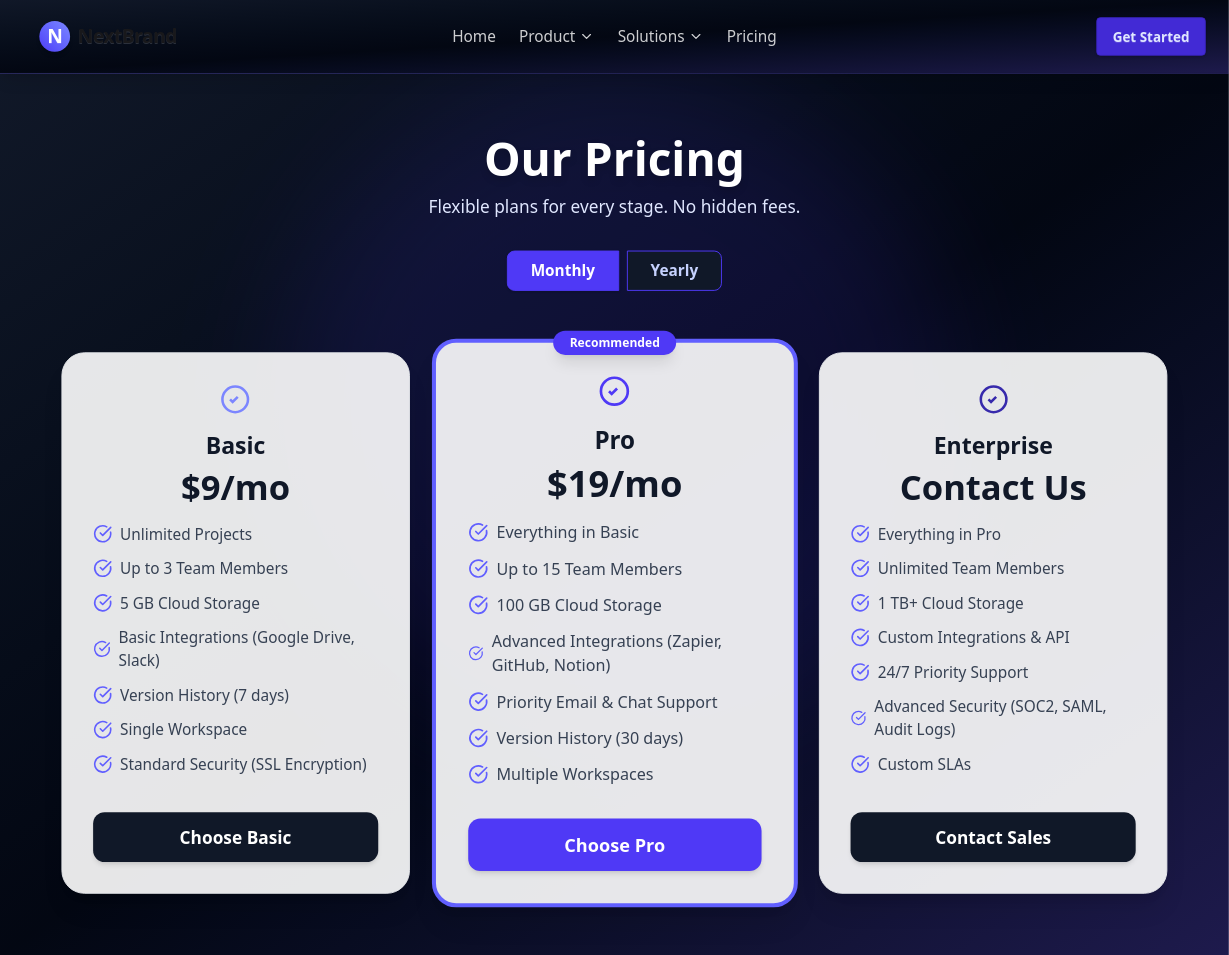
Repository: Chiranshukapil/Next_Brand
Page: /pricing
An editor plug-in stored every save of this project. The page is shown before and after the next save, followed by the edit.
The browser window is 1280 px wide. The pictures show the whole page, at 96% of full size.
The project was rebuilt for these pictures with package versions that can differ from the ones it lists, and the page was loaded fresh each time. Also part of the build but not shown: vite.config.js.

Above is the page before, as saved 2025-06-18 12:42:35.

### index.html
<!doctype html>
<html lang="en">
  <head>
    <meta charset="UTF-8" />
    <link rel="stylesheet" href="src/index.css">
    <meta name="viewport" content="width=device-width, initial-scale=1.0" />
    <title>NavBar</title>
  </head>
  <body classname="scroll-smooth">
    <div id="root"></div>
    <script type="module" src="/src/main.jsx"></script>
  </body>
</html>

### src/App.jsx
import { useState } from 'react'
import { BrowserRouter as Router, Routes, Route } from 'react-router-dom'
import Navbar from './Components/NavBar.jsx'
import PricingSection from './Components/PricingSection.jsx'

function App() {
  return (
    <Router>
      <Navbar />
      <Routes>

        <Route path="/pricing" element={<PricingSection />} />

      </Routes>
    </Router>
  )
}

export default App

### src/Components/NavBar.jsx
import React, { useState } from "react";
import { Link } from "react-router-dom";
import { Menu, X, ChevronDown } from "lucide-react";

// Use route paths in navLinks
const navLinks = [
  { name: "Home", href: "/" },
  {
    name: "Product",
    href: "/product",
    dropdown: [
      { name: "Overview", href: "/product/overview" },
      { name: "Features", href: "/product/features" },
    ],
  },
  {
    name: "Solutions",
    href: "/solutions",
    dropdown: [
      { name: "For Teams", href: "/solutions/teams" },
      { name: "For Individuals", href: "/solutions/individuals" },
    ],
  },
  { name: "Pricing", href: "/pricing" },
];

export default function Navbar() {
  const [menuOpen, setMenuOpen] = useState(false);
  const [dropdownOpen, setDropdownOpen] = useState(null);

  return (
    <nav className="sticky top-0 z-50 bg-gradient-to-br from-gray-900 via-gray-950 to-indigo-950 backdrop-blur-md bg-opacity-80 border-b border-indigo-800/30 shadow-lg flex justify-between items-center md:px-6 py-3">

      <div className="navbar-start">
        <Link
          to="/"
          className="btn btn-ghost text-xl font-bold tracking-tight flex items-center gap-2 hover:text-indigo-500 transition-colors"
        >
          <span className="w-8 h-8 bg-gradient-to-tr from-indigo-600 to-indigo-400 rounded-full text-white flex items-center justify-center font-bold shadow-md">
            N
          </span>
          <span>NextBrand</span>
        </Link>
      </div>

      {/* Desktop Menu */}
      <div className="navbar-center hidden md:flex">
        <ul className="menu menu-horizontal px-1">
          {navLinks.map((link, index) => (
            <li
              key={link.name}
              onMouseEnter={() => setDropdownOpen(index)}
              onMouseLeave={() => setDropdownOpen(null)}
              className="relative"
            >
              {link.dropdown ? (
                <>
                  <Link
                    to={link.href}
                    className="text-base font-medium flex items-center gap-1 cursor-pointer text-white/80 hover:text-indigo-500 transition-colors"
                    aria-haspopup="true"
                    aria-expanded={dropdownOpen === index}
                    onClick={() => setDropdownOpen(null)}
                  >
                    {link.name}
                    <ChevronDown className="h-4 w-4" />
                  </Link>
                  {dropdownOpen === index && (
                    <ul className="absolute top-full left-0 mt-1 bg-gray-200 shadow-lg rounded-box p-2 w-48 z-50 animate-fade-in">
                      {link.dropdown.map((item) => (
                        <li key={item.name}>
                          <Link
                            to={item.href}
                            className="block px-3 py-1 rounded hover:bg-indigo-50 text-gray-800 transition"
                            onClick={() => setDropdownOpen(null)}
                          >
                            {item.name}
                          </Link>
                        </li>
                      ))}
                    </ul>
                  )}
                </>
              ) : (
                <Link
                  to={link.href}
                  className="text-base font-medium text-white/80 hover:text-indigo-500 transition"
                  onClick={() => setDropdownOpen(null)}
                >
                  {link.name}
                </Link>
              )}
            </li>
          ))}
        </ul>
      </div>

      <div className="navbar-end flex items-center">
        <Link
          to="/get-started"
          className="btn btn-primary font-semibold shadow hidden md:inline-flex"
        >
          Get Started
        </Link>
        <button
          aria-label="Toggle menu"
          className="btn btn-ghost md:hidden ml-2"
          onClick={() => setMenuOpen((v) => !v)}
        >
          {menuOpen ? (
            <X className="h-6 w-6 text-indigo-600" />
          ) : (
            <Menu className="h-6 w-6 text-indigo-600" />
          )}
        </button>

        <div
          className={`absolute top-full right-2 left-2 z-40 md:hidden overflow-hidden transition-all duration-300 ease-in-out bg-white rounded-box shadow-lg ${
            menuOpen ? "max-h-96" : "max-h-0"
          }`}
        >
          <ul tabIndex={0} className="menu menu-sm p-2 w-full">
            {navLinks.map((link) => (
              <li key={link.name}>
                {link.dropdown ? (
                  <details>
                    <summary className="text-base cursor-pointer flex items-center justify-between text-gray-800">
                      <Link
                        to={link.href}
                        className="flex items-center gap-1"
                        onClick={() => setMenuOpen(false)}
                      >
                        {link.name}
                      </Link>
                    </summary>
                    <ul className="p-2">
                      {link.dropdown.map((item) => (
                        <li key={item.name}>
                          <Link
                            to={item.href}
                            className="text-base text-gray-800"
                            onClick={() => setMenuOpen(false)}
                          >
                            {item.name}
                          </Link>
                        </li>
                      ))}
                    </ul>
                  </details>
                ) : (
                  <Link
                    to={link.href}
                    className="text-base text-gray-800"
                    onClick={() => setMenuOpen(false)}
                  >
                    {link.name}
                  </Link>
                )}
              </li>
            ))}
            <li className="mt-2">
              <Link
                to="/get-started"
                className="btn btn-primary w-full"
                onClick={() => setMenuOpen(false)}
              >
                Get Started
              </Link>
            </li>
          </ul>
        </div>
      </div>
    </nav>
  );
}

### src/Components/PricingSection.jsx
import { CheckCircle } from "lucide-react";
import { useState } from "react";

const plans = [
  {
    name: "Basic",
    icon: (
      <svg className="w-6 h-6 sm:w-7 sm:h-7 md:w-8 md:h-8 text-indigo-400" fill="none" stroke="currentColor" strokeWidth="2" viewBox="0 0 24 24">
        <circle cx="12" cy="12" r="10"/><path d="M8 12l2 2 4-4"/>
      </svg>
    ),
    monthly: 9,
    yearly: 90,
    features: [
      "Unlimited Projects",
      "Up to 3 Team Members",
      "5 GB Cloud Storage",
      "Basic Integrations (Google Drive, Slack)",
      "Version History (7 days)",
      "Single Workspace",
      "Standard Security (SSL Encryption)"
    ],
    recommended: false,
  },
  {
    name: "Pro",
    icon: (
      <svg className="w-6 h-6 sm:w-7 sm:h-7 md:w-8 md:h-8 text-indigo-600" fill="none" stroke="currentColor" strokeWidth="2" viewBox="0 0 24 24">
        <circle cx="12" cy="12" r="10"/><path d="M8 12l2 2 4-4"/>
      </svg>
    ),
    monthly: 19,
    yearly: 190,
    features: [
      "Everything in Basic",
      "Up to 15 Team Members",
      "100 GB Cloud Storage",
      "Advanced Integrations (Zapier, GitHub, Notion)",
      "Priority Email & Chat Support",
      "Version History (30 days)",
      "Multiple Workspaces"
    ],
    recommended: true,
  },
  {
    name: "Enterprise",
    icon: (
      <svg className="w-6 h-6 sm:w-7 sm:h-7 md:w-8 md:h-8 text-indigo-800" fill="none" stroke="currentColor" strokeWidth="2" viewBox="0 0 24 24">
        <circle cx="12" cy="12" r="10"/><path d="M8 12l2 2 4-4"/>
      </svg>
    ),
    monthly: null,
    yearly: null,
    features: [
      "Everything in Pro",
      "Unlimited Team Members",
      "1 TB+ Cloud Storage",
      "Custom Integrations & API",
      "24/7 Priority Support",
      "Advanced Security (SOC2, SAML, Audit Logs)",
      "Custom SLAs"
    ],
    recommended: false,
    contact: true,
  },
];

export default function PricingSection() {
  const [billing, setBilling] = useState("monthly");

  const displayPrice = (plan) => {
    if (plan.contact) return "Contact Us";
    if (billing === "yearly") return `$${plan.yearly}/yr`;
    return `$${plan.monthly}/mo`;
  };

  return (
    <section className="relative py-8 px-3 sm:px-2 md:py-16 md:px-6 bg-gradient-to-br from-gray-900 via-gray-950 to-indigo-950 min-h-[100vh]">
      {/* Decorative background shapes */}
      <div className="absolute top-0 left-1/2 -translate-x-1/2 w-[300px] h-[300px] sm:w-[500px] sm:h-[500px] md:w-[700px] md:h-[700px] rounded-full bg-indigo-800 opacity-20 blur-3xl pointer-events-none"></div>
      <div className="relative z-10 max-w-6xl mx-auto">
        <h2 className="text-2xl sm:text-3xl md:text-5xl font-extrabold text-center mb-2 sm:mb-3 text-white drop-shadow-lg">
          Our Pricing
        </h2>
        <p className="text-center text-indigo-100 mb-4 sm:mb-6 md:mb-8 text-sm sm:text-base md:text-lg">
          Flexible plans for every stage. No hidden fees.
        </p>
        {/* Billing toggle */}
        <div className="flex justify-center mb-4 sm:mb-6 md:mb-16 gap-2">
          <button
            className={`px-3 py-1.5 sm:px-4 sm:py-2 md:px-6 md:py-2 rounded-l-lg font-semibold transition-colors duration-200 hover:cursor-pointer border border-indigo-600 focus:outline-none text-xs sm:text-sm md:text-base ${
              billing === "monthly"
                ? "bg-indigo-600 text-white shadow"
                : "bg-gray-900 text-indigo-200 hover:bg-indigo-700/20"
            }`}
            onClick={() => setBilling("monthly")}
          >
            Monthly
          </button>
          <button
            className={`px-3 py-1.5 sm:px-4 sm:py-2 md:px-6 md:py-2 rounded-r-lg font-semibold transition-colors duration-200 hover:cursor-pointer border border-indigo-600 focus:outline-none text-xs sm:text-sm md:text-base ${
              billing === "yearly"
                ? "bg-indigo-600 text-white shadow"
                : "bg-gray-900 text-indigo-200 hover:bg-indigo-700/20"
            }`}
            onClick={() => setBilling("yearly")}
          >
            Yearly
          </button>
        </div>
        <div className="grid grid-cols-1 md:grid-cols-3 gap-4 sm:gap-6 md:gap-8 items-stretch">
          {plans.map((plan) => (
            <div
              key={plan.name}
              className={`relative flex flex-col p-4 sm:p-4 md:p-8 rounded-2xl md:rounded-3xl border transition-transform duration-200 bg-white/90 shadow-xl hover:scale-[1.03] w-full max-w-xs sm:max-w-md mx-auto h-full ${
                plan.recommended
                  ? "border-4 border-indigo-500 bg-indigo-50 z-20 md:scale-105 shadow-2xl"
                  : "border-gray-200"
              }`}
            >
              {plan.recommended && (
                <span className="absolute -top-3 sm:-top-3 left-1/2 -translate-x-1/2 bg-indigo-600 text-white text-[10px] sm:text-xs px-3 sm:px-4 py-1 rounded-full font-semibold shadow-lg z-30">
                  Recommended
                </span>
              )}
              <div className="flex justify-center mb-2 sm:mb-3 md:mb-4">{plan.icon}</div>
              <h3 className="text-lg sm:text-xl md:text-2xl font-bold mb-1 sm:mb-2 text-gray-900 text-center">{plan.name}</h3>
              <div className="text-2xl sm:text-3xl md:text-4xl font-extrabold mb-2 sm:mb-3 md:mb-4 text-center text-gray-900">{displayPrice(plan)}</div>
              <ul className="flex-1 mb-4 sm:mb-6 md:mb-8 space-y-1 sm:space-y-2 md:space-y-3 text-gray-700 text-xs sm:text-sm md:text-base">
                {plan.features.map((f) => (
                  <li key={f} className="flex items-center gap-1 sm:gap-2">
                    <CheckCircle className="w-4 h-4 sm:w-5 sm:h-5 text-indigo-500" />
                    <span>{f}</span>
                  </li>
                ))}
              </ul>
              <button
                className={`py-1.5 px-3 sm:py-2 sm:px-4 md:py-3 md:px-6 rounded-lg md:rounded-xl font-semibold text-sm sm:text-base md:text-lg transition-all hover:cursor-pointer duration-200 shadow-md focus:outline-none ${
                  plan.recommended
                    ? "bg-indigo-600 text-white hover:bg-indigo-700"
                    : "bg-gray-900 text-white hover:bg-indigo-600"
                }`}
              >
                {plan.contact ? "Contact Sales" : `Choose ${plan.name}`}
              </button>
            </div>
          ))}
        </div>
      </div>
    </section>
  );
}

Loaded but not shown: src/index.css (common file); src/main.jsx (common file)

After the next save:
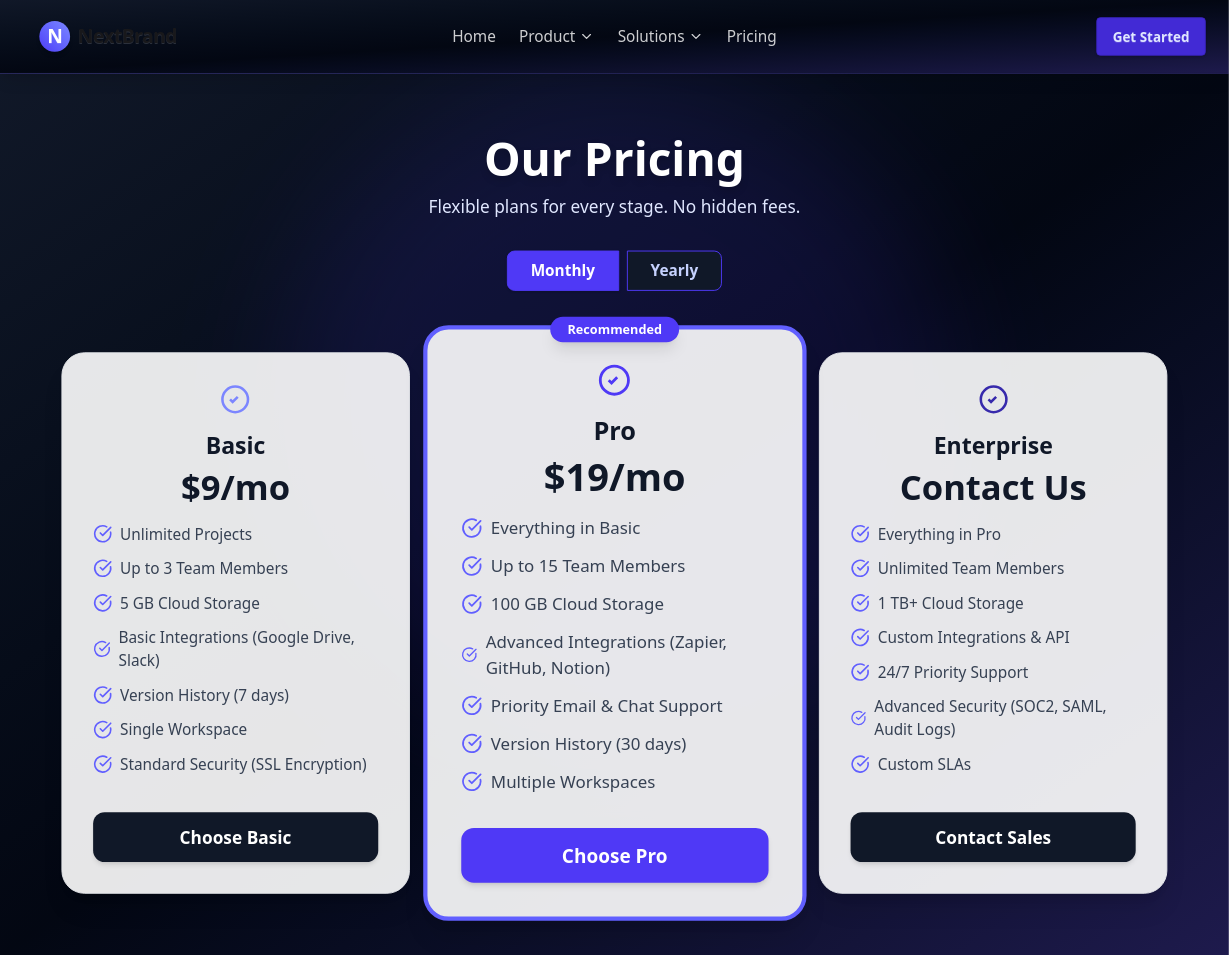
Saved 5 min 41 s later.
--- a/src/Components/PricingSection.jsx
+++ b/src/Components/PricingSection.jsx
@@ -114,7 +114,7 @@
               key={plan.name}
               className={`relative flex flex-col p-4 sm:p-4 md:p-8 rounded-2xl md:rounded-3xl border transition-transform duration-200 bg-white/90 shadow-xl hover:scale-[1.03] w-full max-w-xs sm:max-w-md mx-auto h-full ${
                 plan.recommended
-                  ? "border-4 border-indigo-500 bg-indigo-50 z-20 md:scale-105 shadow-2xl"
+                  ? "border-4 border-indigo-500 bg-indigo-50 z-20 md:scale-110 shadow-2xl"
                   : "border-gray-200"
               }`}
             >

After the save that followed:
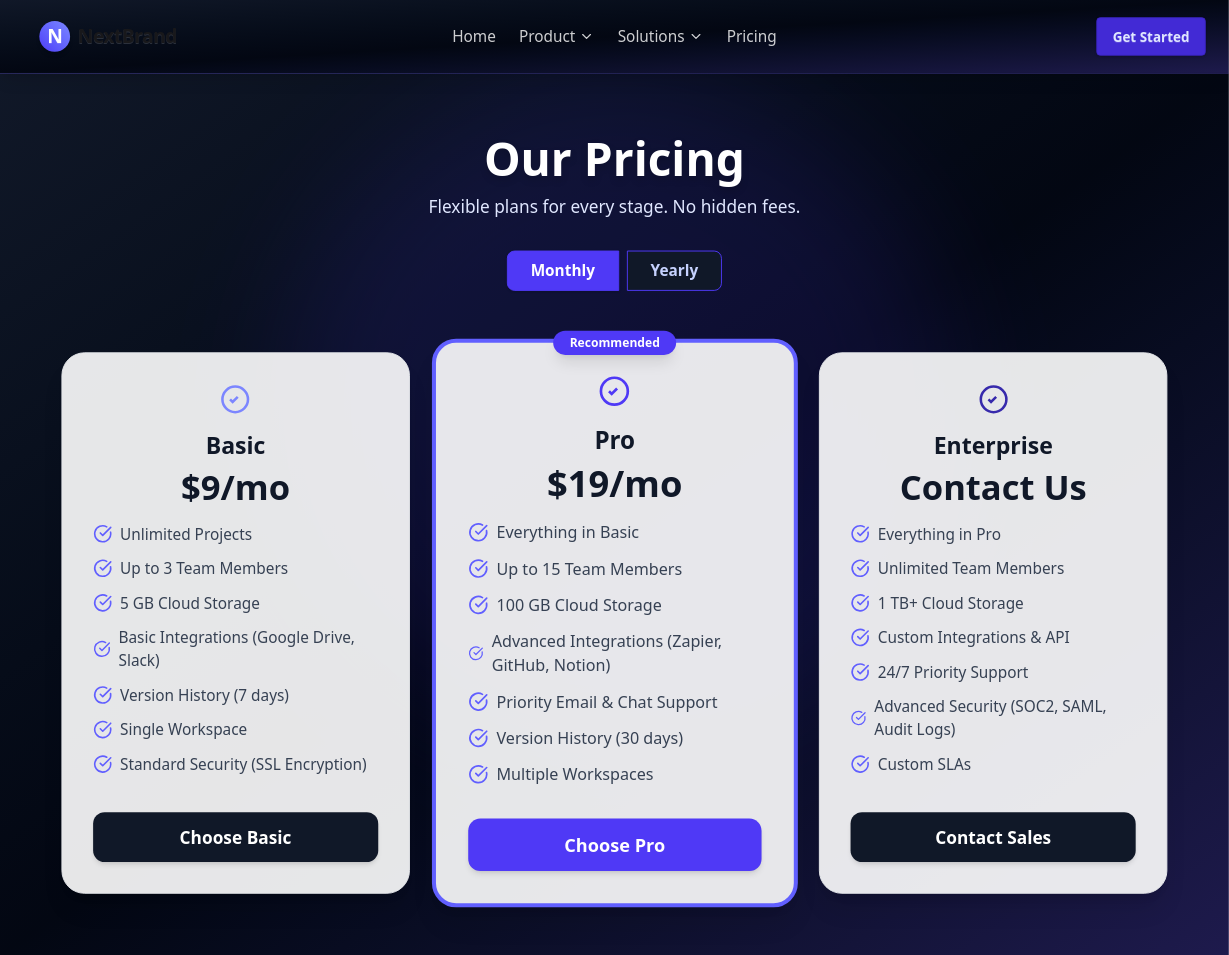
Saved 11 s later.
--- a/src/Components/PricingSection.jsx
+++ b/src/Components/PricingSection.jsx
@@ -114,7 +114,7 @@
               key={plan.name}
               className={`relative flex flex-col p-4 sm:p-4 md:p-8 rounded-2xl md:rounded-3xl border transition-transform duration-200 bg-white/90 shadow-xl hover:scale-[1.03] w-full max-w-xs sm:max-w-md mx-auto h-full ${
                 plan.recommended
-                  ? "border-4 border-indigo-500 bg-indigo-50 z-20 md:scale-110 shadow-2xl"
+                  ? "border-4 border-indigo-500 bg-indigo-50 z-20 md:scale-105 shadow-2xl"
                   : "border-gray-200"
               }`}
             >
